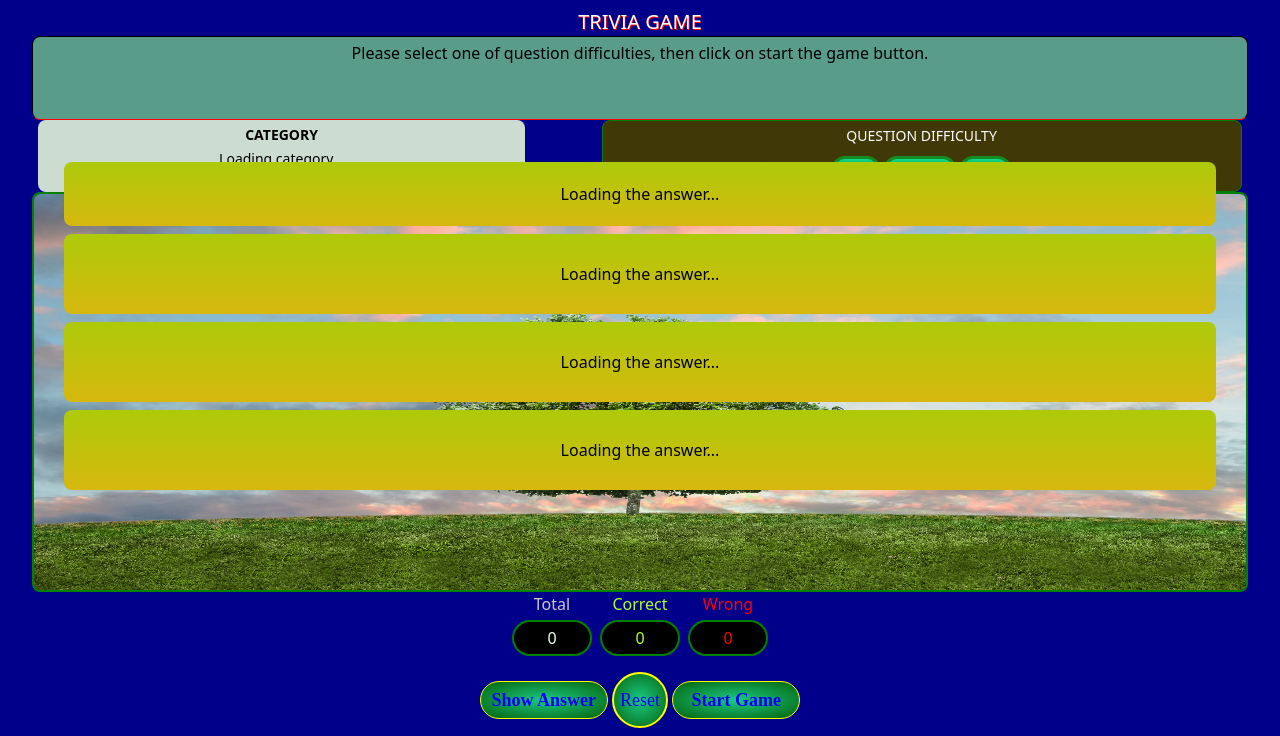
Repository: ShindanoSingi/bembe-trivia
Page: index.html
An editor plug-in stored every save of this project. The page is shown before and after the next save, followed by the edit.
The browser window is 1280 px wide. The pictures show the whole page.
Some web libraries are served in a nearby version.

Above is the page before, as saved 2022-09-08 00:57:46.

After the next save:
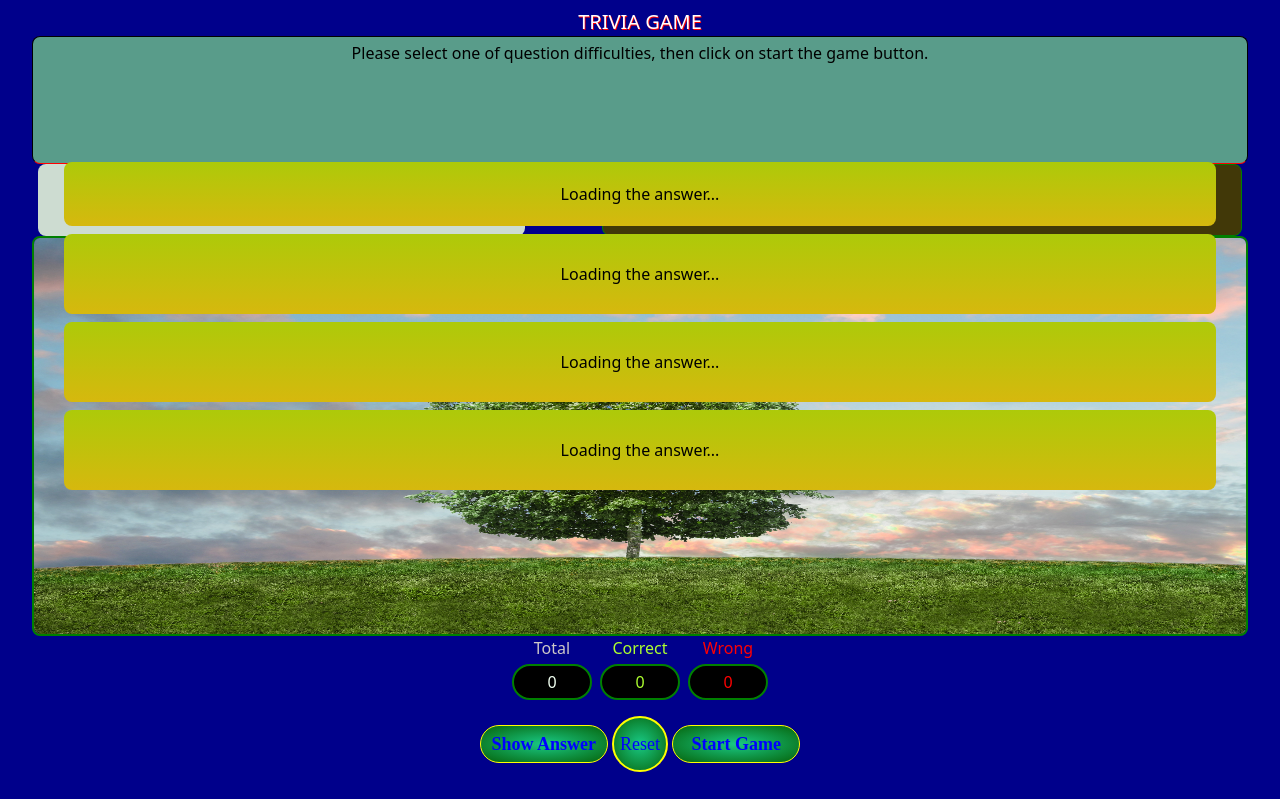
Saved 13 s later.
--- a/index.html
+++ b/index.html
@@ -11,7 +11,7 @@
     </head>
 
     <body class="">
-        <div class="containerBox max-h-[100vh] my-2 flex flex-col ">
+        <div class=" my-2 flex flex-col ">
             <h1 class="text-center text-xl" >TRIVIA GAME</h1>
             <div class="questionBox text-center w-[95vw] px-2 h-[8rem] p-1 mx-auto rounded-lg">
                 Please select one of question difficulties, then click on start the game button.
